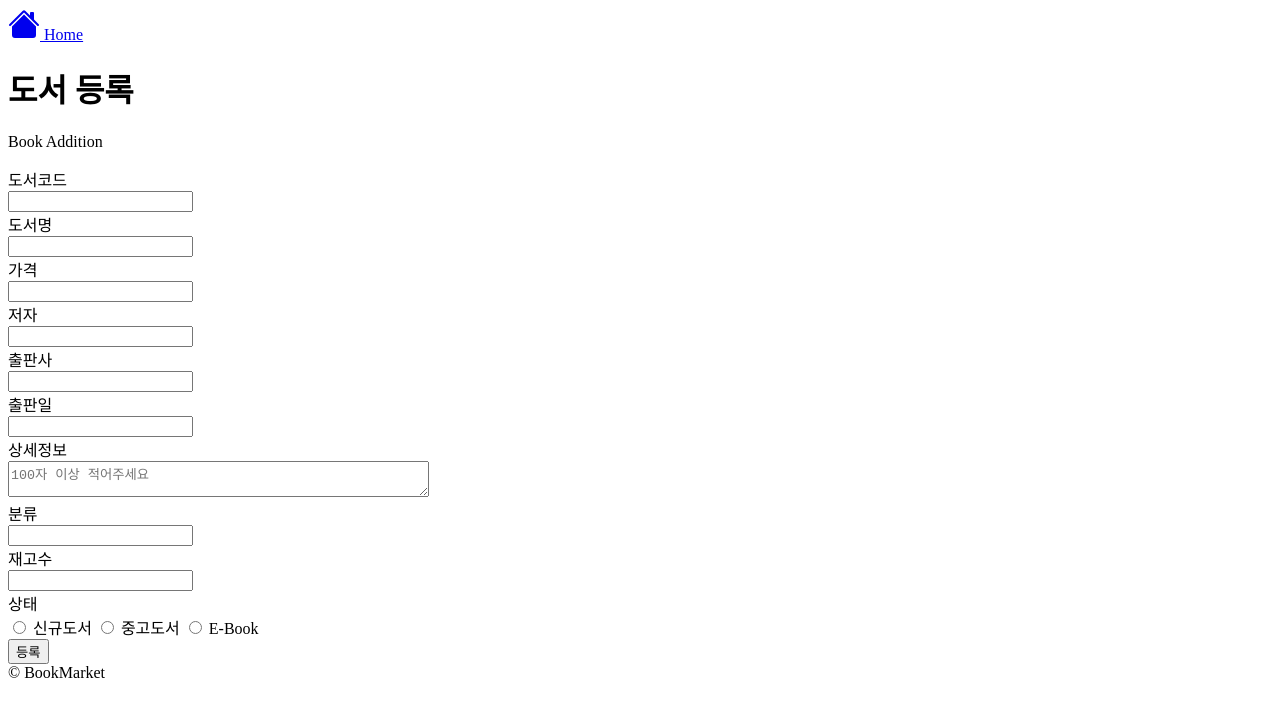
Repository: E-nani95/jsp_portfolio
Page: http://localhost/bookstore/WEB-INF/views/addBook.jsp
These files come from the project's save history. The page is drawn as it stood at one moment and after the next save; the edit follows.
The browser window is 1280 px wide. The pictures show the whole page.
The page is served by Tomcat 9. Nobody is signed in. The template is opened directly, without the code that normally fills it, so the values that code supplies are empty.

Above is the page before, as saved 2025-10-10 13:26:21.

After the next save:
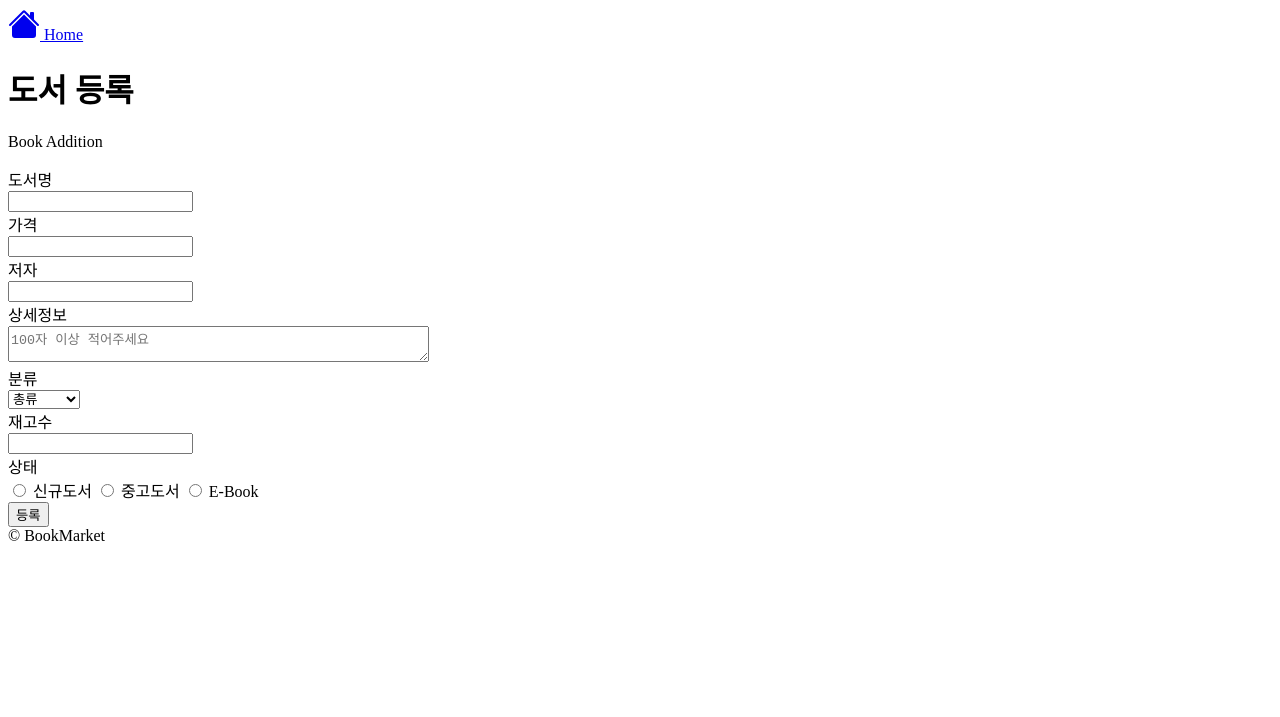
Saved 38 min 52 s later.
--- a/STS_BookStore/bookstore/src/main/webapp/WEB-INF/views/addBook.jsp
+++ b/STS_BookStore/bookstore/src/main/webapp/WEB-INF/views/addBook.jsp
@@ -1,5 +1,5 @@
 <%@ page language="java" contentType="text/html; charset=EUC-KR"
-    pageEncoding="EUC-KR"%>
+	pageEncoding="EUC-KR"%>
 <!DOCTYPE html>
 <html>
 <head>
@@ -15,81 +15,75 @@
 				<p class="col-md-8 fs-4">Book Addition</p>
 			</div>
 		</div>
-	 <div class="row align-items-md-stretch">
-		<form name="newBook" action="./processAddBook.jsp" method="post">
+		<div class="row align-items-md-stretch">
+			<form name="newBook" action="./processAddBook.jsp" method="post">
 
 
-			<div class="mb-3 row">
-				<label class="col-sm-2">도서코드</label>
-				<div class="col-sm-3">
-					<input type="text" name="bookId" class="form-control" >
+				<div class="mb-3 row">
+					<label class="col-sm-2">도서명</label>
+					<div class="col-sm-3">
+						<input type="text" name="name" class="form-control">
+					</div>
 				</div>
-			</div>
-			<div class="mb-3 row">
-				<label class="col-sm-2">도서명</label>
-				<div class="col-sm-3">
-					<input type="text" name="name" class="form-control" >
+				<div class="mb-3 row">
+					<label class="col-sm-2">가격</label>
+					<div class="col-sm-3">
+						<input type="text" name="unitPrice" class="form-control">
+					</div>
 				</div>
-			</div>
 				<div class="mb-3 row">
-				<label class="col-sm-2">가격</label>
-				<div class="col-sm-3">
-					<input type="text" name="unitPrice" class="form-control" >
+					<label class="col-sm-2">저자</label>
+					<div class="col-sm-3">
+						<input type="text" name="author" class="form-control">
+					</div>
 				</div>
-			</div>
-			<div class="mb-3 row">
-				<label class="col-sm-2">저자</label>
-				<div class="col-sm-3">
-					<input type="text" name="author" class="form-control">
+
+
+				<div class="mb-3 row">
+					<label class="col-sm-2">상세정보</label>
+					<div class="col-sm-5">
+						<textarea name="description" cols="50" rows="2"
+							class="form-control" placeholder="100자 이상 적어주세요"></textarea>
+					</div>
 				</div>
-			</div>
-			<div class="mb-3 row">
-				<label class="col-sm-2">출판사</label>
-				<div class="col-sm-3">
-					<input type="text" name="publisher" class="form-control">
+				<div class="mb-3 row">
+					<label class="col-sm-2">분류</label>
+					<div class="col-sm-3">
+						<select name="color">
+							<option value="1">총류</option>
+							<option value="2">철학</option>
+							<option value="3">종교</option>
+							<option value="4">사회과학</option>
+							<option value="5">자연과학</option>
+							<option value="6">기술과학</option>
+							<option value="7">예술</option>
+							<option value="8">언어</option>
+							<option value="9">문학</option>
+							<option value="10">역사</option>
+						</select>
+					</div>
 				</div>
-			</div>
-			<div class="mb-3 row">
-				<label class="col-sm-2">출판일</label>
-				<div class="col-sm-3">
-					<input type="text" name="releaseDate" class="form-control">
+				<div class="mb-3 row">
+					<label class="col-sm-2">재고수</label>
+					<div class="col-sm-3">
+						<input type="text" name="unitsInStock" class="form-control">
+					</div>
 				</div>
-			</div>
+				<div class="mb-3 row">
+					<label class="col-sm-2">상태</label>
+					<div class="col-sm-5">
+						<input type="radio" name="condition" value="New "> 신규도서 <input
+							type="radio" name="condition" value="Old"> 중고도서 <input
+							type="radio" name="condition" value="EBook"> E-Book
+					</div>
+				</div>
+				<div class="mb-3 row">
+					<div class="col-sm-offset-2 col-sm-10 ">
+						<input type="submit" class="btn btn-primary" value="등록">
+					</div>
+				</div>
 
-			<div class="mb-3 row">
-				<label class="col-sm-2">상세정보</label>
-				<div class="col-sm-5">
-					<textarea name="description" cols="50" rows="2"
-						class="form-control" placeholder="100자 이상 적어주세요"></textarea>
-				</div>
-			</div>
-			<div class="mb-3 row">
-				<label class="col-sm-2">분류</label>
-				<div class="col-sm-3">
-					<input type="text" name="category" class="form-control" >
-				</div>
-			</div>
-				<div class="mb-3 row">
-				<label class="col-sm-2">재고수</label>
-				<div class="col-sm-3">
-					<input type="text" name="unitsInStock" class="form-control" >
-				</div>
-			</div>
-			<div class="mb-3 row">
-				<label class="col-sm-2">상태</label>
-				<div class="col-sm-5">
-					<input type="radio" name="condition" value="New " > 신규도서
-					<input type="radio" name="condition" value="Old" > 중고도서
-					<input type="radio" name="condition" value="EBook" > E-Book
-				</div>
-			</div>
-			<div class="mb-3 row">
-				<div class="col-sm-offset-2 col-sm-10 ">
-					<input type="submit" class="btn btn-primary" value="등록" >
-				</div>
-			</div>
-
-		<%@ include file="footer.jsp"%>
-	</div>
+				<%@ include file="footer.jsp"%>
+		</div>
 </body>
 </html>
